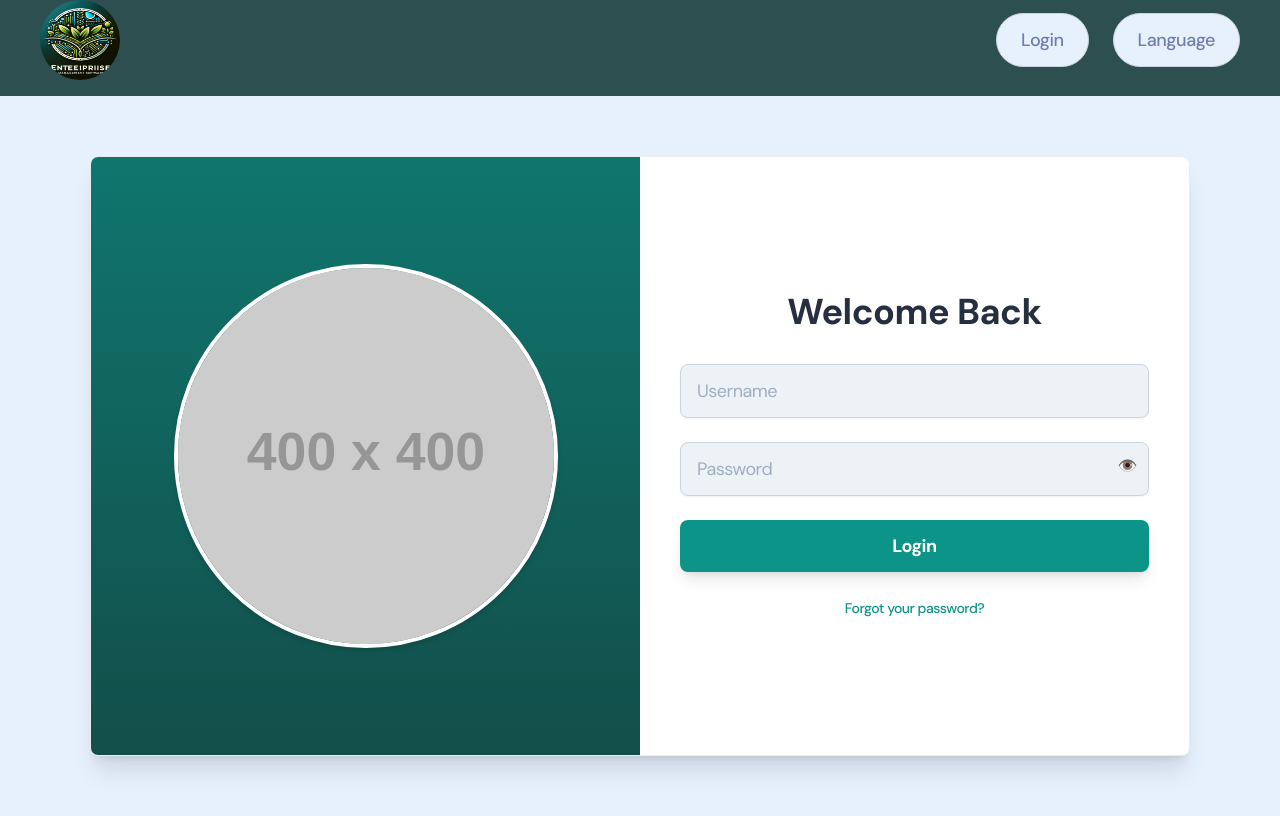
Repository: GinTee7/HR-Management
Page: / (app in Project-Management/)
These files come from the project's save history. The page is drawn as it stood at one moment and after the next save; the edit follows.
The browser window is 1280 px wide. The pictures show the whole page.
The project was rebuilt for these pictures with package versions that can differ from the ones it lists, and the page was loaded fresh each time. Also part of the build but not shown: Project-Management/vite.config.js, Project-Management/src/components/Login/ForgotPassword.jsx.

Above is the page before, as saved 2025-01-01 09:30:41.

### Project-Management/src/index.css
@import url('https://fonts.googleapis.com/css2?family=Poppins:wght@100;200;300;400;500;600;700;800&display=swap');
@import url('https://fonts.googleapis.com/css2?family=DM+Sans:wght@400;500;700&display=swap');
@tailwind base;
@tailwind components;
@tailwind utilities;

@layer base {
	html {
		font-family: 'DM Sans', sans-serif !important;
		font-feature-settings: 'kern' !important;
		-webkit-font-smoothing: antialiased;
		letter-spacing: -0.5px;
	}
}

code {
  font-family: source-code-pro, Menlo, Monaco, Consolas, 'Courier New',
    monospace;
}

### Project-Management/src/App.jsx
import { BrowserRouter as Router, Route, Routes } from "react-router-dom";
import Login from "./components/Login/LoginPage";

import ForgotPassword from "./components/Login/ForgotPassword";
import Header from "./components/Login/Header";

function App() {
  return (
    <Router>
      <div className="App">
        <Routes>
          <Route
            path="/"
            element={
              <>
                <Header />
                <Login />
              </>
            }
          />
          <Route path="/login" element={<Login />} />
          <Route path="/forgot-password" element={<ForgotPassword />} />
        </Routes>
      </div>
    </Router>
  );
}

export default App;

### Project-Management/src/components/Login/LoginPage.jsx
import React from "react";

const LoginPage = () => {
  return (
    <div className="flex items-center justify-center min-h-screen bg-[#E7F0FD]">
      <div className="flex shadow-xl bg-white border rounded-lg w-[1100px] h-[600px] overflow-hidden">
        {/* Left Section with Image */}
        <div className="flex items-center justify-center w-1/2 bg-gradient-to-b from-teal-700 to-teal-900">
          <img
            src="https://via.placeholder.com/400"
            alt="Brand Logo"
            className="object-cover border-4 border-white rounded-full shadow-md w-96 h-96"
          />
        </div>

        {/* Right Section */}
        <div className="flex flex-col justify-center w-1/2 p-10 bg-white">
          <h2 className="mb-8 text-4xl font-extrabold text-center text-gray-800">
            Welcome Back
          </h2>
          <form className="flex flex-col w-full gap-6">
            {/* Username Input */}
            <input
              className="w-full px-4 py-3 text-lg text-gray-900 placeholder-gray-400 bg-gray-100 border border-gray-300 rounded-lg shadow-sm focus:outline-none focus:ring-2 focus:ring-teal-500"
              type="text"
              placeholder="Username"
            />

            {/* Password Input */}
            <div className="relative">
              <input
                className="w-full px-4 py-3 text-lg text-gray-900 placeholder-gray-400 bg-gray-100 border border-gray-300 rounded-lg shadow-sm focus:outline-none focus:ring-2 focus:ring-teal-500"
                type="password"
                placeholder="Password"
              />
              <button
                type="button"
                className="absolute text-gray-500 right-3 top-3 hover:text-teal-600"
              >
                👁️
              </button>
            </div>

            {/* Login Button */}
            <button
              type="submit"
              className="w-full py-3 text-lg font-bold text-white bg-teal-600 rounded-lg shadow-lg hover:bg-teal-700 focus:outline-none focus:ring-2 focus:ring-teal-500"
            >
              Login
            </button>

            {/* Forgot Password */}
            <div className="text-center">
              <a
                href="/forgot-password"
                className="text-sm font-medium text-teal-600 hover:underline"
              >
                Forgot your password?
              </a>
            </div>
          </form>
        </div>
      </div>
    </div>
  );
};

export default LoginPage;

### Project-Management/src/components/Login/Header.jsx
import logo from "./image/logo.png";
import React, { useState } from "react";
import { Link } from "react-router-dom";

const Header = () => {
  const [isDropdownOpen, setIsDropdownOpen] = useState(false);

  const toggleDropdown = () => {
    setIsDropdownOpen(!isDropdownOpen);
  };

  return (
    <nav className="bg-[#2E4F4F] shadow-md">
      <div className="h-24 px-6 mx-auto max-w-7xl sm:px-8 lg:px-10">
        <div className="relative flex items-center justify-between h-20">
          <div className="flex items-center">
            <Link to="/">
              <img
                alt="Logo"
                src={logo}
                className="w-20 h-20 rounded-full mp-6"
              />
            </Link>
          </div>

          <div className="flex items-center space-x-6">
            <Link to="/">
              <button
                type="button"
                className="relative px-6 py-3 text-lg font-medium rounded-full bg-[#E7F0FD] text-gray-700 border border-gray-300 hover:bg-[#2E4F4F] hover:text-white"
              >
                Login
              </button>
            </Link>

            <div className="relative">
              <button
                onClick={toggleDropdown}
                className="flex items-center px-6 py-3 text-lg font-medium text-gray-700 bg-[#E7F0FD] rounded-full border border-gray-300 hover:bg-[#2E4F4F] hover:text-white"
              >
                Language
              </button>

              {isDropdownOpen && (
                <div className="absolute right-0 w-40 mt-2 bg-white rounded shadow-lg">
                  <ul>
                    <li>
                      <button
                        onClick={() => {}}
                        className="flex items-center w-full px-4 py-2 text-sm text-gray-700 hover:bg-[#2E4F4F] hover:text-white"
                      >
                        English
                      </button>
                    </li>
                    <li>
                      <button
                        onClick={() => {}}
                        className="flex items-center w-full px-4 py-2 text-sm text-gray-700 hover:bg-[#2E4F4F] hover:text-white"
                      >
                        Tiếng Việt
                      </button>
                    </li>
                  </ul>
                </div>
              )}
            </div>
          </div>
        </div>
      </div>
    </nav>
  );
};

export default Header;

### Project-Management/tailwind.config.js
/ @type {import('tailwindcss').Config} */;
export default {
  content: ["./src/**/*.{js,jsx,ts,tsx}", "./public/index.html"],
  theme: {
    extend: {
      width: {
        ...Array.from({ length: 100 }, (_, i) => i + 1).reduce(
          (acc, val) => ({ ...acc, [`${val}p`]: `${val}%` }),
          {}
        ),
      },
      fontFamily: {
        poppins: ["Poppins", "sans-serif"],
        dm: ["DM Sans", "sans-serif"],
      },
      boxShadow: {
        custom: "14px 17px 40px 4px rgba(0, 0, 0, 0.1)",
        inset: "inset 0px 18px 22px rgba(0, 0, 0, 0.1)",
        darkinset: "0px 4px 4px inset rgba(0, 0, 0, 0.1)",
      },
      borderRadius: {
        custom: "20px",
      },
      colors: {
        white: "#ffffff",
        lightPrimary: "#F4F7FE",
        blueSecondary: "#4318FF",
        brandLinear: "#868CFF",
        bloom: "#e5b7bd",
        hemp: "#a37a78",
        green: "rgb(45, 79, 80)",
        gray: {
          50: "#f8f9fa",
          100: "#edf2f7",
          200: "#e9ecef",
          300: "#cbd5e0",
          400: "#a0aec0",
          500: "#adb5bd",
          600: "#a3aed0",
          700: "#707eae",
          800: "#252f40",
          900: "#1b2559",
        },
        navy: {
          50: "#d0dcfb",
          100: "#aac0fe",
          200: "#a3b9f8",
          300: "#728fea",
          400: "#3652ba",
          500: "#1b3bbb",
          600: "#24388a",
          700: "#1B254B",
          800: "#111c44",
          900: "#0b1437",
        },
        red: {
          50: "#ee5d501a",
          100: "#fee2e2",
          200: "#fecaca",
          300: "#fca5a5",
          400: "#f87171",
          500: "#f53939",
          600: "#ea0606",
          700: "#b91c1c",
          800: "#991b1b",
          900: "#7f1d1d",
        },
      },
    },
    screens: {
      sm: "576px",
      "sm-max": { max: "576px" },
      md: "768px",
      "md-max": { max: "768px" },
      lg: "992px",
      "lg-max": { max: "992px" },
      xl: "1200px",
      "xl-max": { max: "1200px" },
      "2xl": "1320px",
      "2xl-max": { max: "1320px" },
      "3xl": "1600px",
      "3xl-max": { max: "1600px" },
      "4xl": "1850px",
      "4xl-max": { max: "1850px" },
    },
  },
  plugins: [],
};

Loaded but not shown: Project-Management/index.html (common file); Project-Management/src/main.jsx (common file)

After the next save:
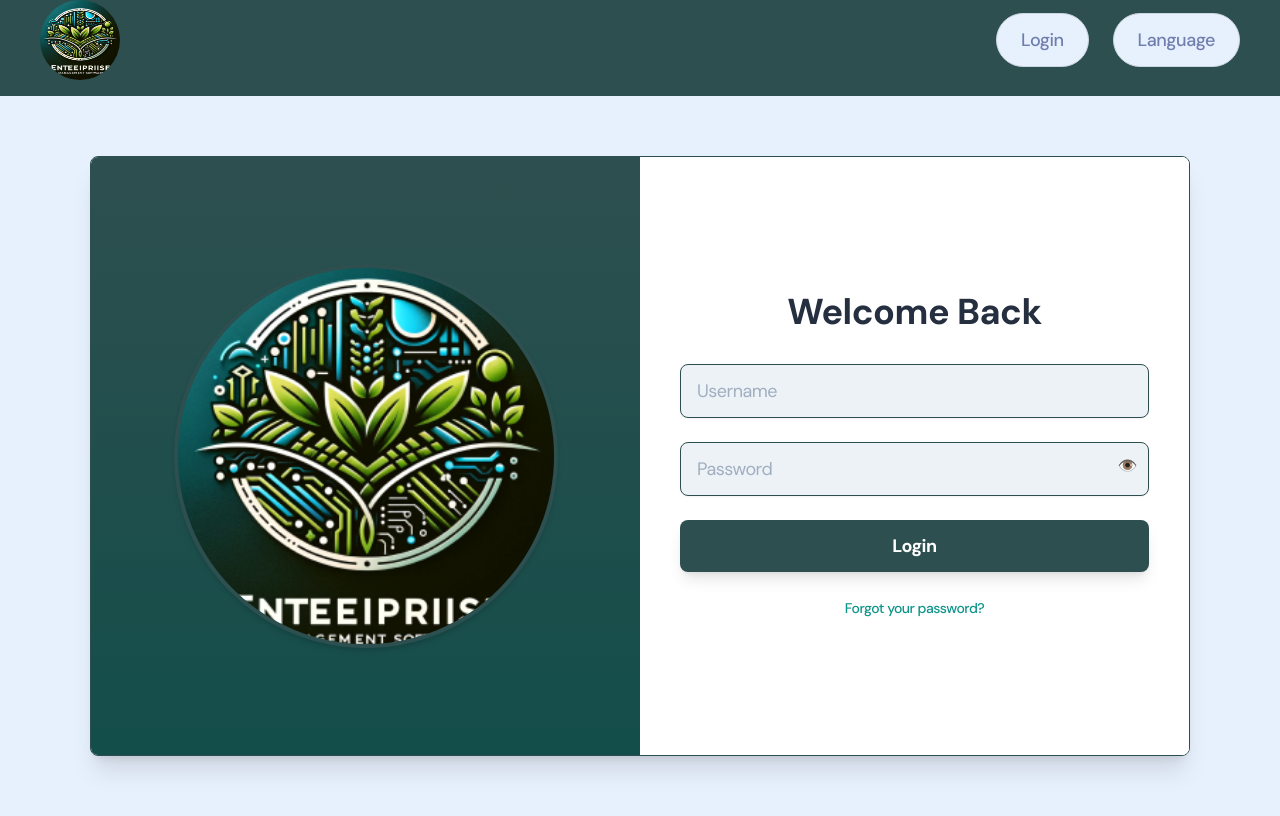
Saved 25 s later.
--- a/Project-Management/src/components/Login/LoginPage.jsx
+++ b/Project-Management/src/components/Login/LoginPage.jsx
@@ -1,35 +1,32 @@
 import React from "react";
+import logo from "./image/logo.png";
 
 const LoginPage = () => {
   return (
     <div className="flex items-center justify-center min-h-screen bg-[#E7F0FD]">
-      <div className="flex shadow-xl bg-white border rounded-lg w-[1100px] h-[600px] overflow-hidden">
-        {/* Left Section with Image */}
-        <div className="flex items-center justify-center w-1/2 bg-gradient-to-b from-teal-700 to-teal-900">
+      <div className="flex shadow-xl bg-white border border-[#2E4F4F] rounded-lg w-[1100px] h-[600px] overflow-hidden">
+        <div className="flex items-center justify-center w-1/2 bg-gradient-to-b from-[#2E4F4F] to-teal-900">
           <img
-            src="https://via.placeholder.com/400"
-            alt="Brand Logo"
-            className="object-cover border-4 border-white rounded-full shadow-md w-96 h-96"
+            src={logo}
+            alt="Logo"
+            className="object-cover w-96 h-96 rounded-full border-4 border-[#2E4F4F] shadow-md"
           />
         </div>
 
-        {/* Right Section */}
         <div className="flex flex-col justify-center w-1/2 p-10 bg-white">
           <h2 className="mb-8 text-4xl font-extrabold text-center text-gray-800">
             Welcome Back
           </h2>
           <form className="flex flex-col w-full gap-6">
-            {/* Username Input */}
             <input
-              className="w-full px-4 py-3 text-lg text-gray-900 placeholder-gray-400 bg-gray-100 border border-gray-300 rounded-lg shadow-sm focus:outline-none focus:ring-2 focus:ring-teal-500"
+              className="w-full px-4 py-3 text-lg text-gray-900 placeholder-gray-400 bg-gray-100 border border-[#2E4F4F] rounded-lg shadow-sm focus:outline-none focus:ring-2 focus:ring-[#2E4F4F]"
               type="text"
               placeholder="Username"
             />
 
-            {/* Password Input */}
             <div className="relative">
               <input
-                className="w-full px-4 py-3 text-lg text-gray-900 placeholder-gray-400 bg-gray-100 border border-gray-300 rounded-lg shadow-sm focus:outline-none focus:ring-2 focus:ring-teal-500"
+                className="w-full px-4 py-3 text-lg text-gray-900 placeholder-gray-400 bg-gray-100 border border-[#2E4F4F] rounded-lg shadow-sm focus:outline-none focus:ring-2 focus:ring-[#2E4F4F]"
                 type="password"
                 placeholder="Password"
               />
@@ -41,15 +38,13 @@
               </button>
             </div>
 
-            {/* Login Button */}
             <button
               type="submit"
-              className="w-full py-3 text-lg font-bold text-white bg-teal-600 rounded-lg shadow-lg hover:bg-teal-700 focus:outline-none focus:ring-2 focus:ring-teal-500"
+              className="w-full py-3 text-lg font-bold text-white bg-[#2E4F4F] rounded-lg shadow-lg hover:bg-[#2E4F4F] focus:outline-none focus:ring-2 focus:ring-[#2E4F4F]"
             >
               Login
             </button>
 
-            {/* Forgot Password */}
             <div className="text-center">
               <a
                 href="/forgot-password"
